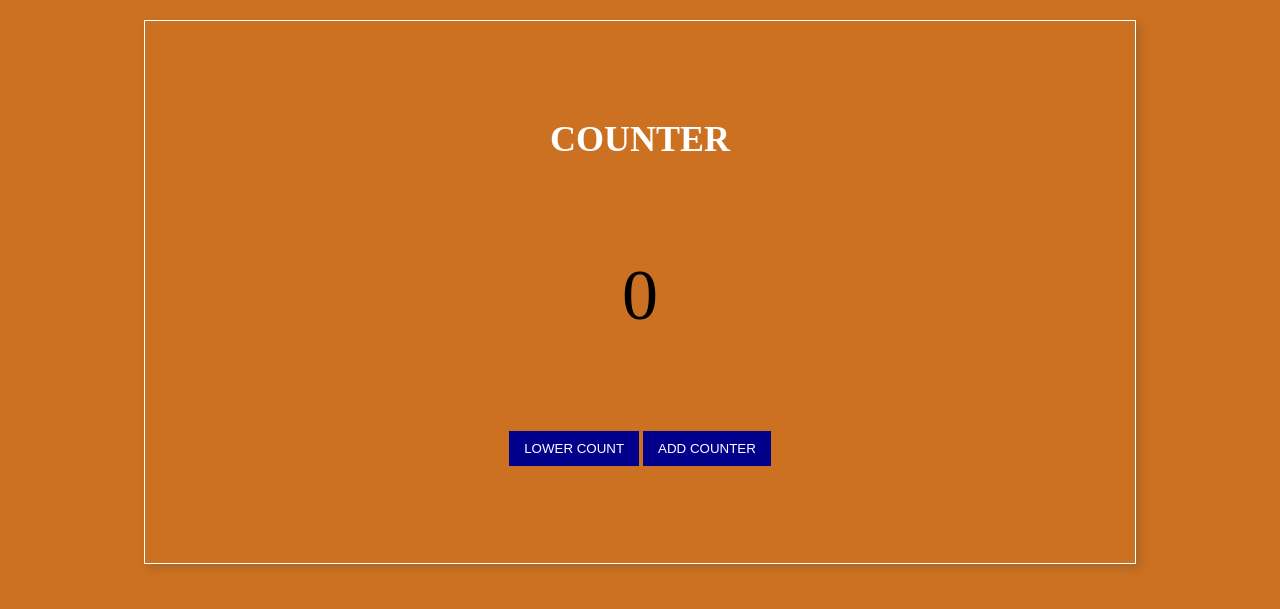
Repository: lusine-tech/counter
Page: index.html
An editor plug-in stored every save of this project. The page is shown before and after a run of saves, followed by the edit.
The browser window is 1280 px wide. The pictures show the whole page.

Above is the page before, as saved 2022-02-14 19:17:52.

### index.html
<!DOCTYPE html>
<html lang="en">
<head>
    <meta charset="UTF-8">
    <meta http-equiv="X-UA-Compatible" content="IE=edge">
    <meta name="viewport" content="width=device-width, initial-scale=1.0">
    <link rel="stylesheet" href="style.css">
    <title>counter</title>
</head>
<body>
    <section class="background">
        <div class="block">
            <h3 class="title">Counter</h3>
            <p class="num" id="value">0</p>
    <div class="buttons">
       <button class="btn" id="decrease">lower count</button>
       <button class="btn" id="increase">add Counter</button>
    </div>

    </div>
    </section>
   <script src="/script.js"></script>
</body>
</html>

### style.css
*{
    margin: 0;
    padding: 0;
    box-sizing: border-box;
}

.background {
    height: 100vh;
    width: 100vw;
    background-color: #cb7121;
    display: flex;
   justify-content: center;
   padding: 20px;
}

.block {
    display: flex;
    align-items: center;
    justify-content: space-around;
    flex-direction: column;

    height: 80%;
    width: 80%;
    border: 1px solid #fff;
    padding: 50px 20px;
    -webkit-box-shadow: 4px 4px 8px 0px rgba(34, 60, 80, 0.2);
-moz-box-shadow: 4px 4px 8px 0px rgba(34, 60, 80, 0.2);
box-shadow: 4px 4px 8px 0px rgba(34, 60, 80, 0.2);
}
.title {
    color: #fff;
    font-size: 36px;
    text-transform: uppercase;
}
.num {
    font-size: 72px;
}
.btn {
    padding: 10px 15px;
    color: #fff;
        cursor: pointer;
    transition: 0.5s ease;
    border: none;
    outline: none;
    background-color: #00008B;
    text-transform: uppercase;
}

.btn:hover {
    background-color: #303f9f;
}

### script.js
const decrease = document.querySelector("#decrease");
const increase = document.querySelector("#increase");
const num = document.querySelector("#value");
let integer = 0;
decrease.addEventListener("click", function () {
integer-=1;
num.innerHTML = integer;
});

increase.addEventListener("click", function () {
  integer += 1;
  num.innerHTML = integer;
});

After the next 3 saves:
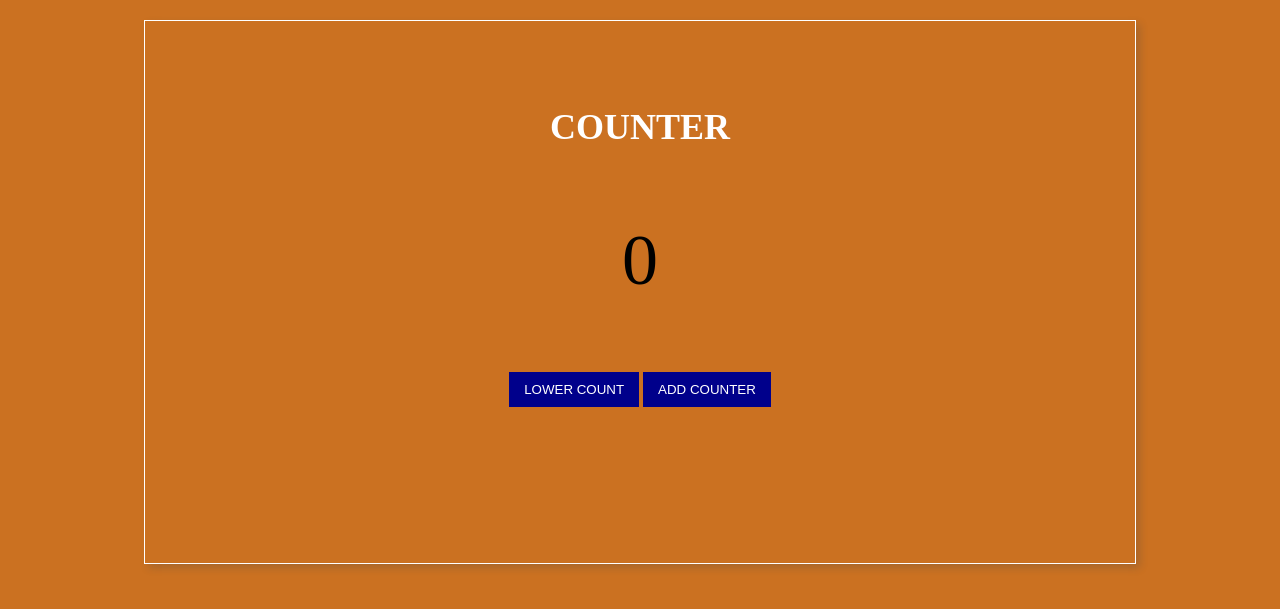
The 3 saves are shown as one change because they came seconds apart.
The last was saved 16 s later.
--- a/index.html
+++ b/index.html
@@ -16,7 +16,9 @@
        <button class="btn" id="decrease">lower count</button>
        <button class="btn" id="increase">add Counter</button>
     </div>
+    <div class="inputs">
 
+    </div>
     </div>
     </section>
    <script src="/script.js"></script>
